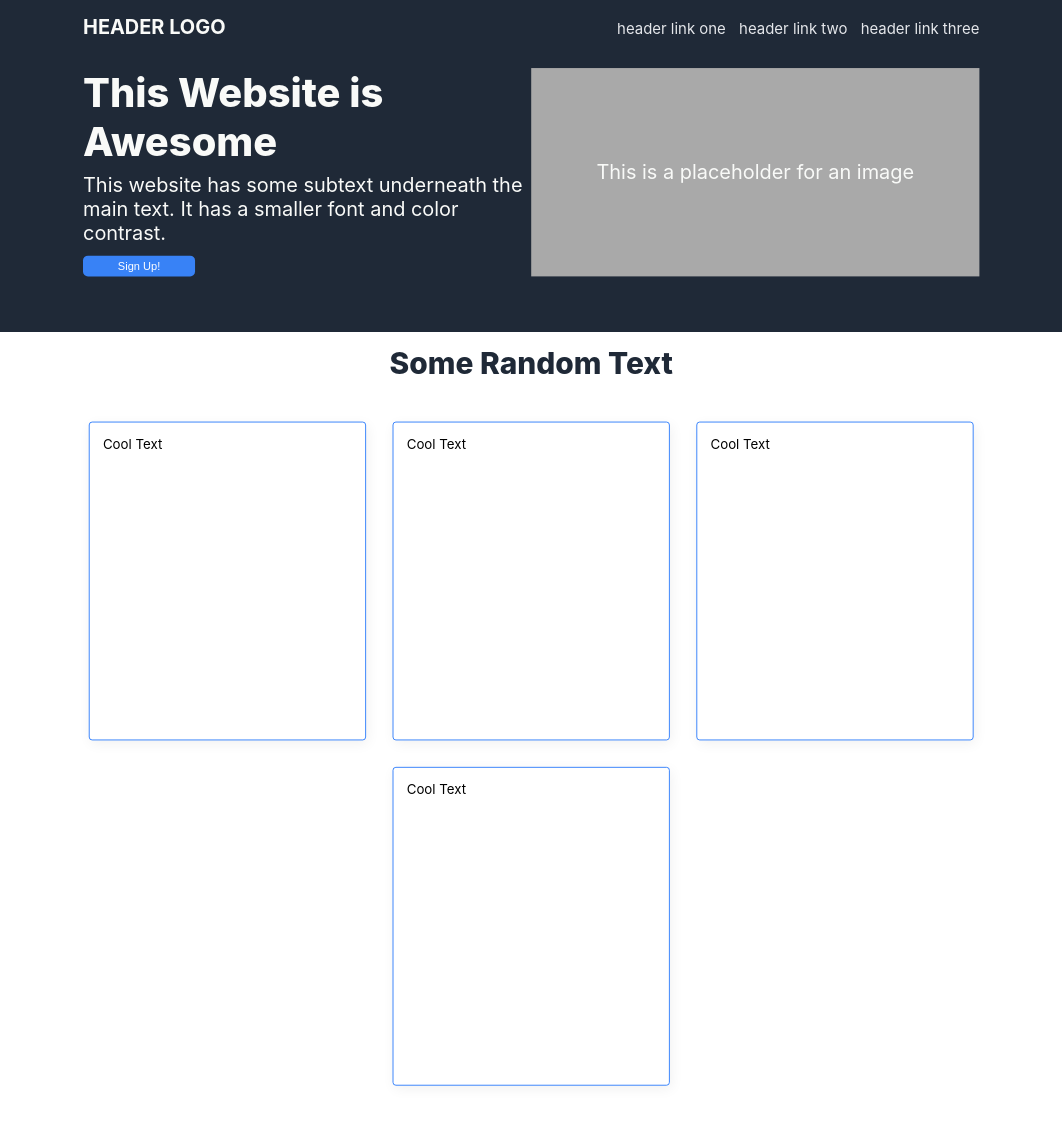
Repository: bbrockbrown/landing-page
Page: index.html
These files come from the project's save history. The page is drawn as it stood at one moment and after the next save; the edit follows.
The browser window is 1280 px wide. The pictures show the whole page, at 83% of full size.

Above is the page before, as saved 2024-07-24 15:42:44.

After the next save:
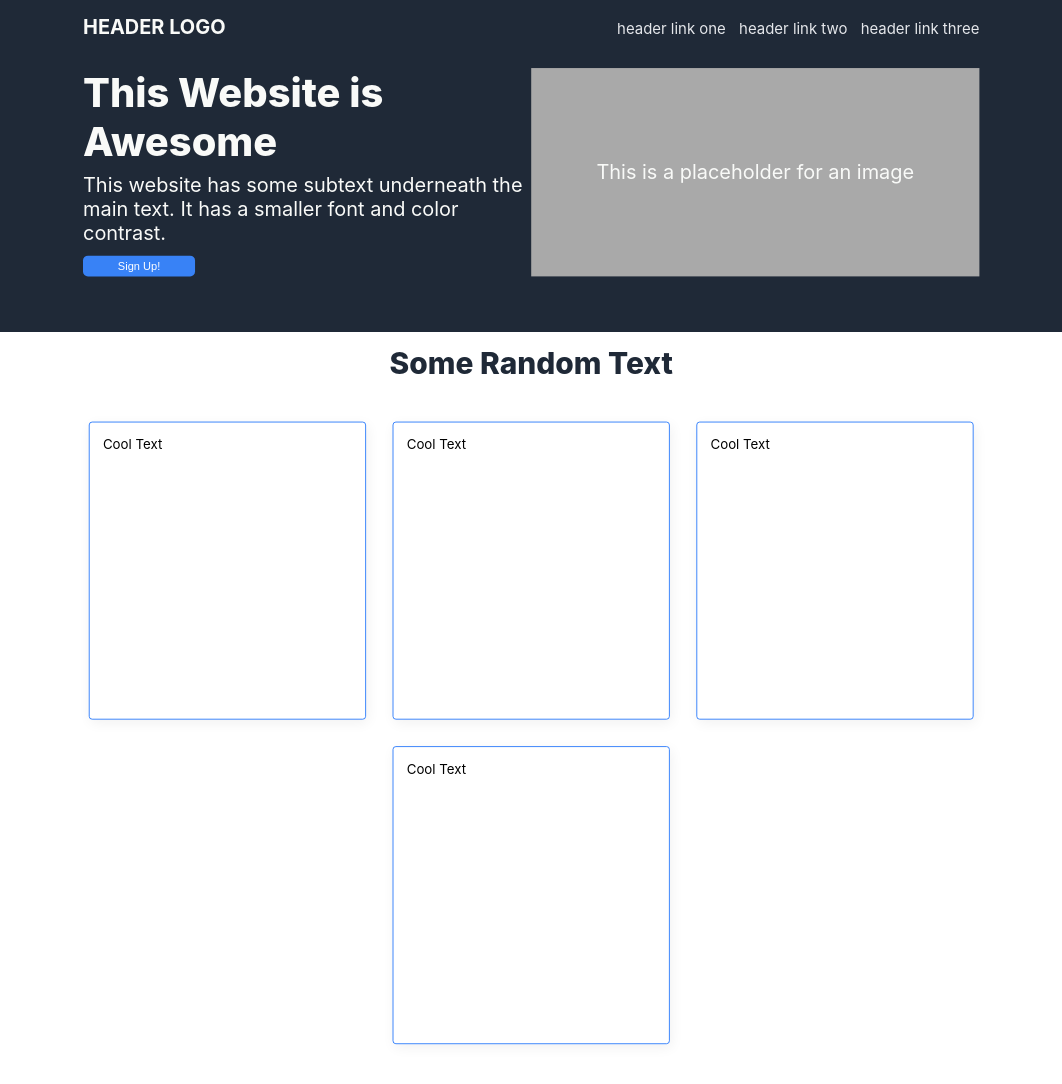
Saved 6 s later.
--- a/styles.css
+++ b/styles.css
@@ -105,5 +105,5 @@ a {
     border-radius: 4px;
     padding: 16px;
     width: 300px;
-    height: 350px;
+    height: 325px;
 }
